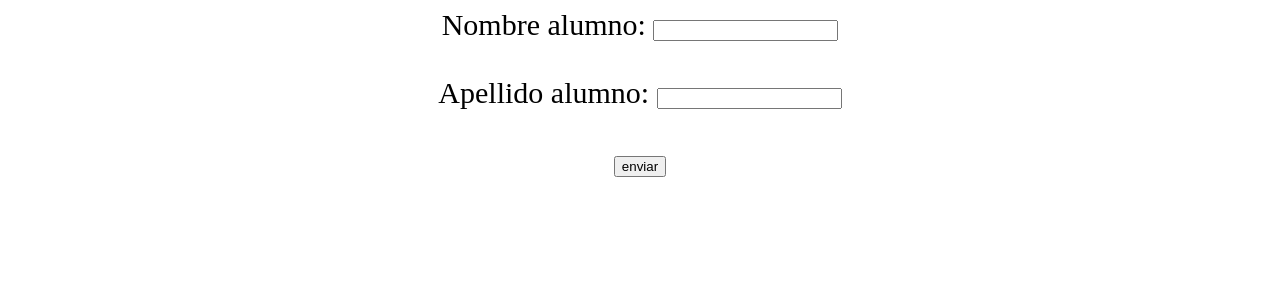
Repository: marta-moran/javaEE
Page: primerosServlets/src/main/webapp/acceso.html
The author's editor kept a copy of each file at every save. The page is drawn from the files as they stood at one save, then again after the next save.
The browser window is 1280 px wide. The pictures show the whole page.

Above is the page before, as saved 2022-01-24 19:19:21.

### primerosServlets/src/main/webapp/acceso.html
<!DOCTYPE html>
<html>
<head>
<meta charset="ISO-8859-1">
<title>Formulario acceso</title>
<style>
body {
text-align: center;
font-size: 30px;
}
</style>
</head>
<body>
<form action="FormAlumnos" method="post">
	Nombre alumno: <input type="text" name="nombre"><br><br>
	Apellido alumno: <input type="text" name="apellido"><br><br>
	<input type="submit" value="enviar">
</form>
</body>
</html>

After the next save:
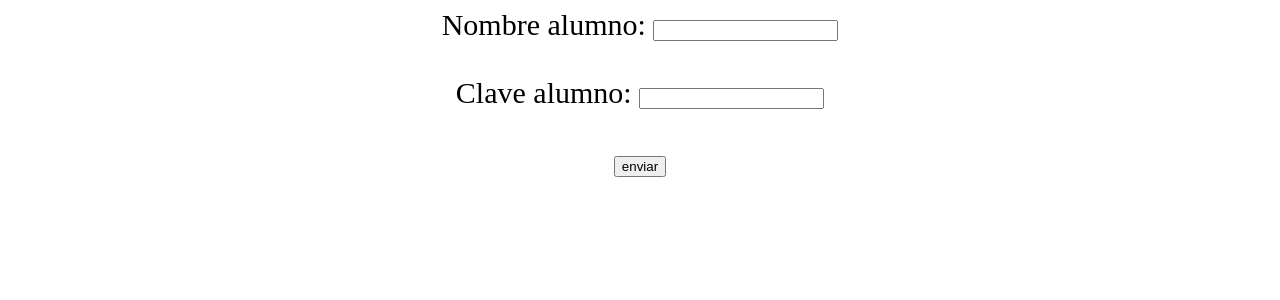
Saved 44 s later.
--- a/primerosServlets/src/main/webapp/acceso.html
+++ b/primerosServlets/src/main/webapp/acceso.html
@@ -13,7 +13,7 @@ font-size: 30px;
 <body>
 <form action="FormAlumnos" method="post">
 	Nombre alumno: <input type="text" name="nombre"><br><br>
-	Apellido alumno: <input type="text" name="apellido"><br><br>
+	Clave alumno: <input type="text" name="clave"><br><br>
 	<input type="submit" value="enviar">
 </form>
 </body>
